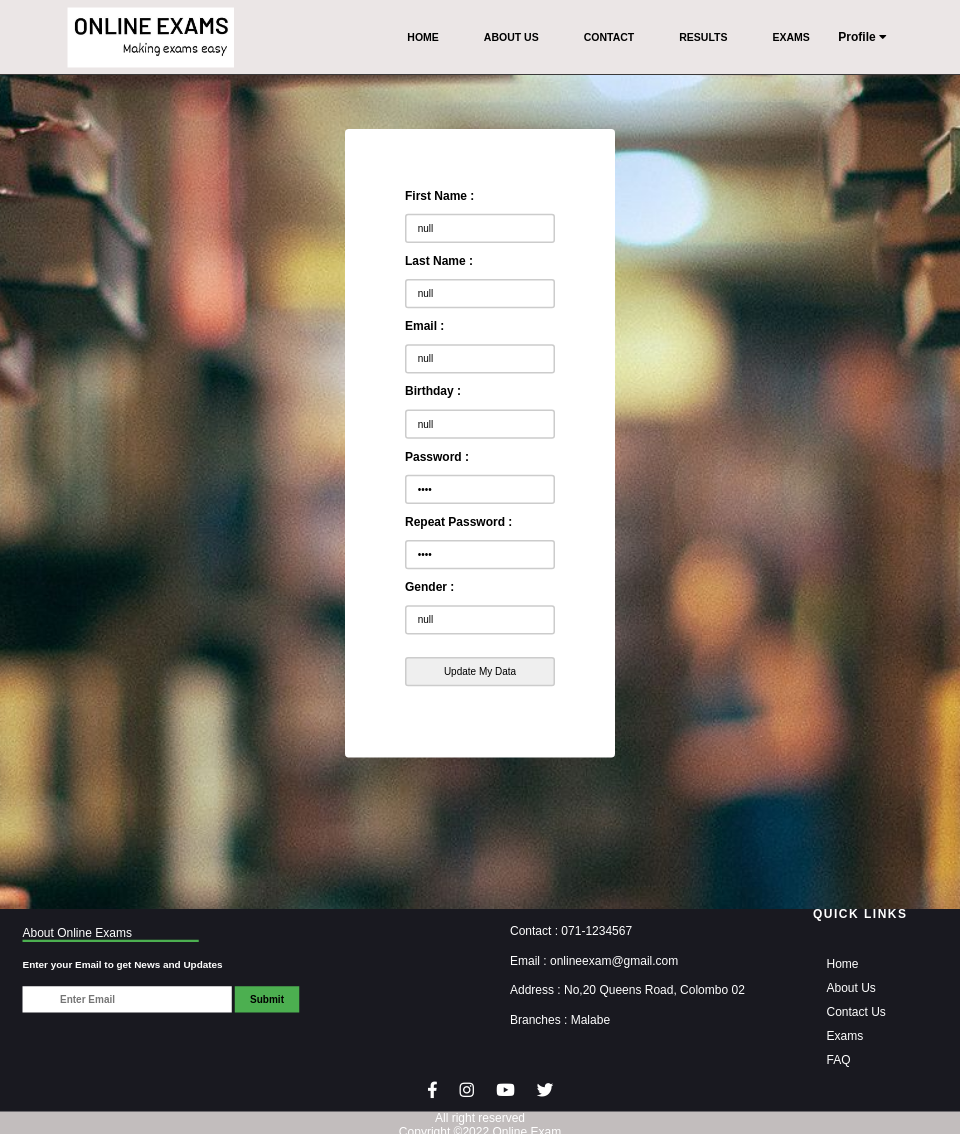
Repository: Isurinda-Shamika/online-exam
Page: http://localhost/online_exam/delete_profile.jsp
An editor plug-in stored every save of this project. The page is shown before and after the next save, followed by the edit.
The browser window is 1280 px wide. The pictures show the whole page, at 75% of full size.
Some web libraries are served in a nearby version. The page is served by Tomcat 9. Nobody is signed in. The application's start-up code is not run.

Above is the page before, as saved 2022-11-10 04:42:57.

After the next save:
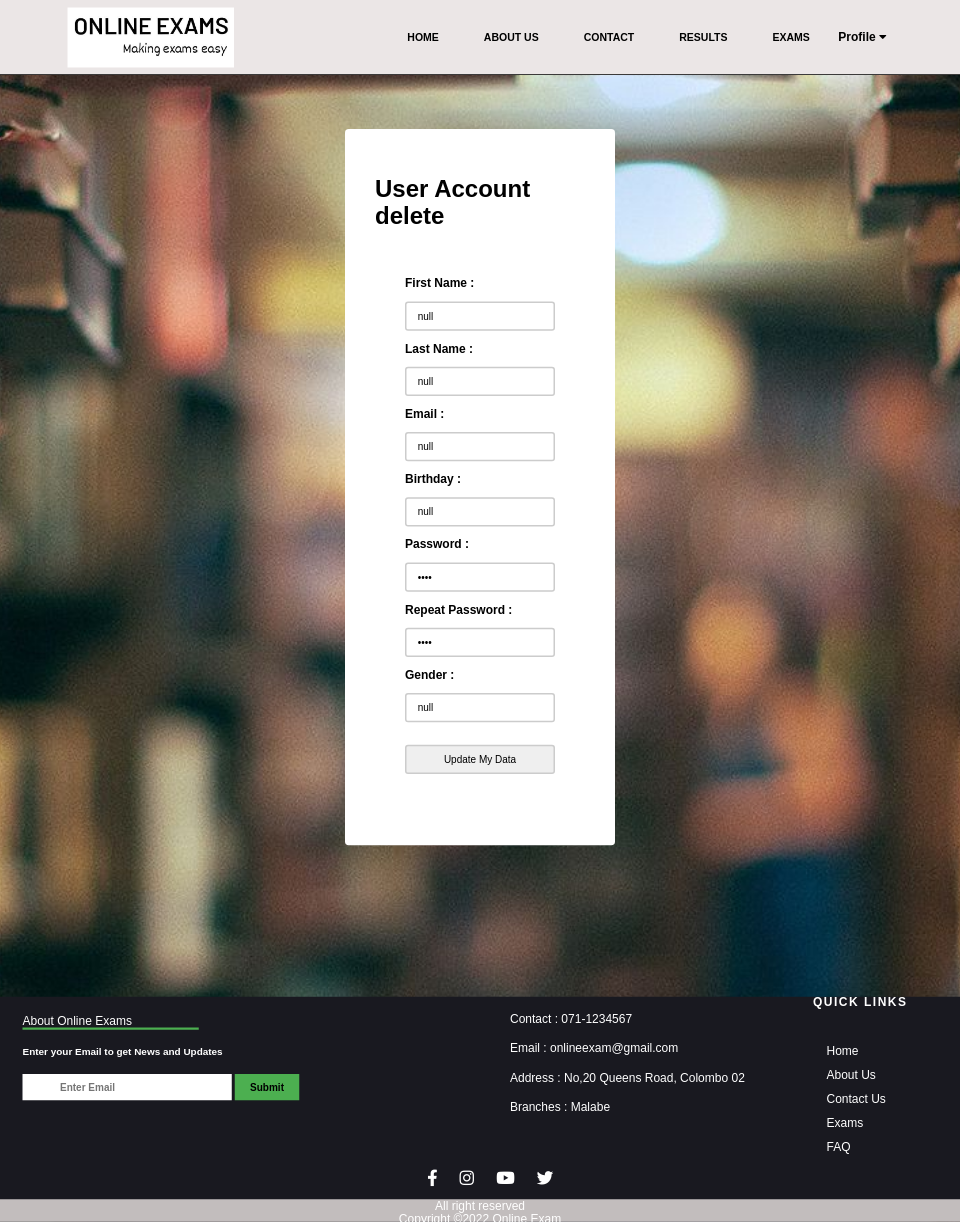
Saved 91 min 2 s later.
--- a/online exam/src/main/webapp/delete_profile.jsp
+++ b/online exam/src/main/webapp/delete_profile.jsp
@@ -49,6 +49,7 @@
 	<div class = form>
 
         <body>
+        <h1>User Account delete</h1>
             <div class="register-wrapper">
                 <div class="form">
                     <form action="UpdateCustomerServlet" method="POST" id="reg_form">
@@ -57,42 +58,42 @@
                         <div>
                             <div class="form-group">
                                 <label for="fname"><b>First Name  :</b></label>
-                                <input class="form-element" type="text" id="fname" name="fname" placeholder="Your name.." autocomplete="off" value="<%=session.getAttribute("fname") %>" required>
+                                <input class="form-element" type="text" id="fname" name="fname" placeholder="Your name.." autocomplete="off" value="<%=session.getAttribute("fname") %>" required readonly>
 
                             </div>
                             <div class="form-group">
                                 <label for="lname"><b>Last Name :</b></label>
-                                <input class="form-element" type="text" id="lname" name="lname" placeholder="Your last name.."  value="<%=session.getAttribute("lname") %>" autocomplete="off" required>
+                                <input class="form-element" type="text" id="lname" name="lname" placeholder="Your last name.."  value="<%=session.getAttribute("lname") %>" autocomplete="off" required readonly>
                             </div>
                         </div>
                         <div>
                             <div class="form-group">
                                 <label for="email"><b>Email :</b></label>
-                                <input class="form-element" type="text" id="email" name="email"  value="<%=session.getAttribute("email") %>" placeholder="Your valide email.." autocomplete="off">
+                                <input class="form-element" type="text" id="email" name="email"  value="<%=session.getAttribute("email") %>" placeholder="Your valide email.." autocomplete="off" readonly>
 
                             </div>
                             <div class="form-group">
                                 <label for="birthday"><b>Birthday :</b></label>
-                                <input class="form-element" type="text" id="birthday" name="birthday" value="<%=session.getAttribute("birthday") %>" required>
+                                <input class="form-element" type="text" id="birthday" name="birthday" value="<%=session.getAttribute("birthday") %>" required readonly>
 
                             </div>
                         </div>
                         <div>
                             <div class="form-group">
                                 <label for="password"><b>Password :</b> </label>
-                                <input class="form-element" type="password" id="password" name="password" placeholder="Enter your password.." value="<%=session.getAttribute("password") %>" autocomplete="off">
+                                <input class="form-element" type="password" id="password" name="password" placeholder="Enter your password.." value="<%=session.getAttribute("password") %>" autocomplete="off" readonly>
 
                             </div>
                             <div class="form-group">
                                 <label for="password_repeat"><b>Repeat Password :</b></label>
-                                <input class="form-element" type="password" placeholder="Confirm  Password" name="repassword" value="<%=session.getAttribute("repassword") %>" id="password_repeat" autocomplete="off">
+                                <input class="form-element" type="password" placeholder="Confirm  Password" name="repassword" value="<%=session.getAttribute("repassword") %>" id="password_repeat" autocomplete="off" readonly>
 
                             </div>
                         </div>
                         <div>
                             <div class="form-group" >
                                 <b>Gender :</b>
-                                <input class="form-radio" type="text" name="gender" value="<%=session.getAttribute("gender") %>" id="male"  >
+                                <input class="form-radio" type="text" name="gender" value="<%=session.getAttribute("gender") %>" id="male" readonly >
 
                             </div>
                         </div>
